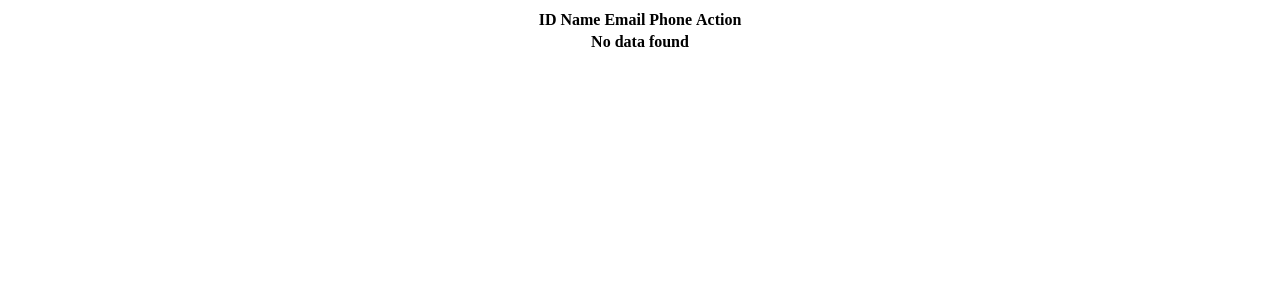
Repository: rkrukshan/CRUD-with-Laravel-V.10-Breeze
Page: http://localhost/students
An editor plug-in stored every save of this project. The page is shown before and after a run of saves, followed by the edit.
The browser window is 1280 px wide. The pictures show the whole page.
The page is served by the project's Laravel application, run on PHP 8.4 with Laravel 10. A made-up administrator, Test User (test@example.com), is signed in. Queries for data that is not in the repository find no rows.

Above is the page before, as saved 2023-11-15 11:33:07.

After the next 5 saves:
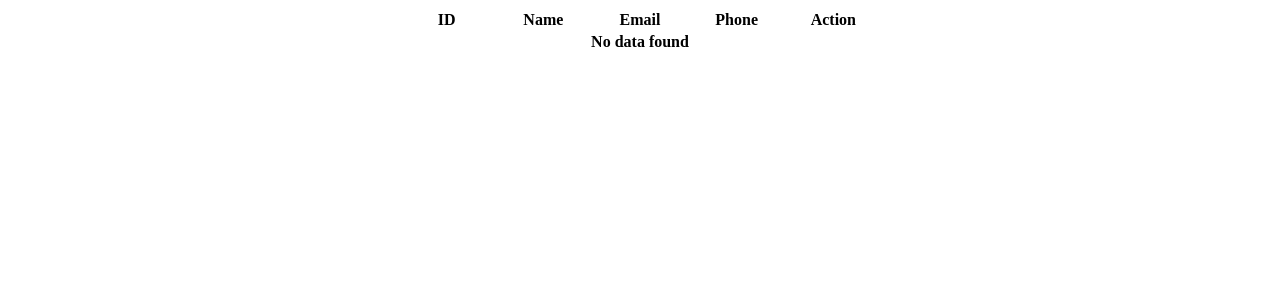
The 5 saves are shown as one change because they came seconds apart.
The last was saved 38 s later.
--- a/resources/views/student/index.blade.php
+++ b/resources/views/student/index.blade.php
@@ -2,11 +2,11 @@
 <center>
     <table class="hover:table-fixed">
         <tr>
-            <th class="border border-slate-700 text-white ">ID</th>
-            <th class="border border-slate-700 text-white ">Name</th>
-            <th class="border border-slate-700 text-white ">Email</th>
-            <th class="border border-slate-700 text-white ">Phone</th>
-            <th class="border border-slate-700 text-white ">Action</th>
+            <th width=10% class="border border-slate-700 text-white ">ID</th>
+            <th width=10% class="border border-slate-700 text-white ">Name</th>
+            <th width=10% class="border border-slate-700 text-white ">Email</th>
+            <th width=10% class="border border-slate-700 text-white ">Phone</th>
+            <th width=10% class="border border-slate-700 text-white ">Action</th>
         </tr>
         <tbody>
               @forelse ($records as $record)
